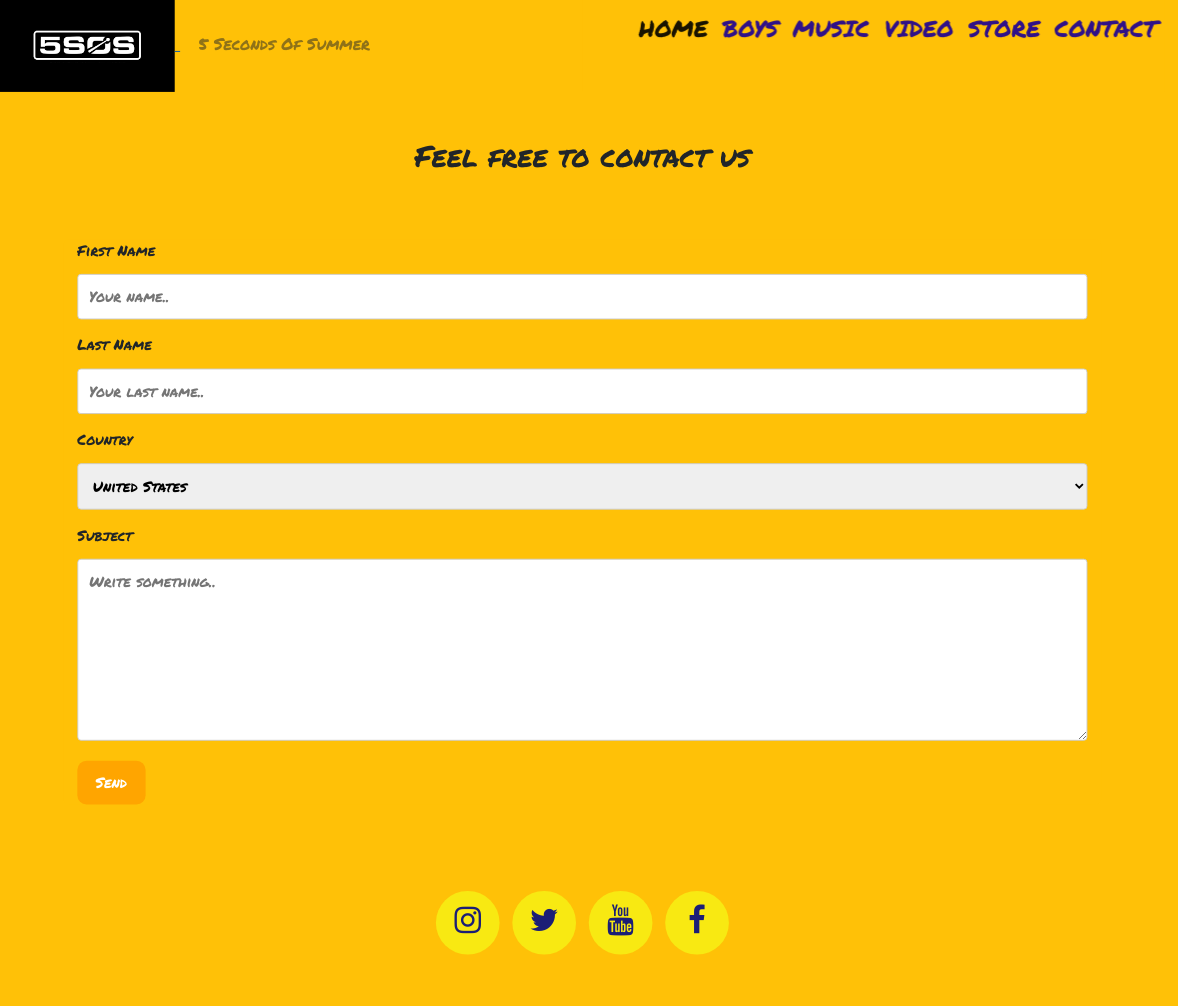
Repository: sun5lower/5SOS
Page: contact.html
The author's editor kept a record of every edit. The page is drawn from the files as they stood at one moment, then again after the next edit.
The browser window is 1280 px wide. The page is 1295 px wide, so the pictures cover 1295 px, including what lies to the right of the window. The pictures show the whole page, at 91% of full size.

Above is the page before.

After the next edit:
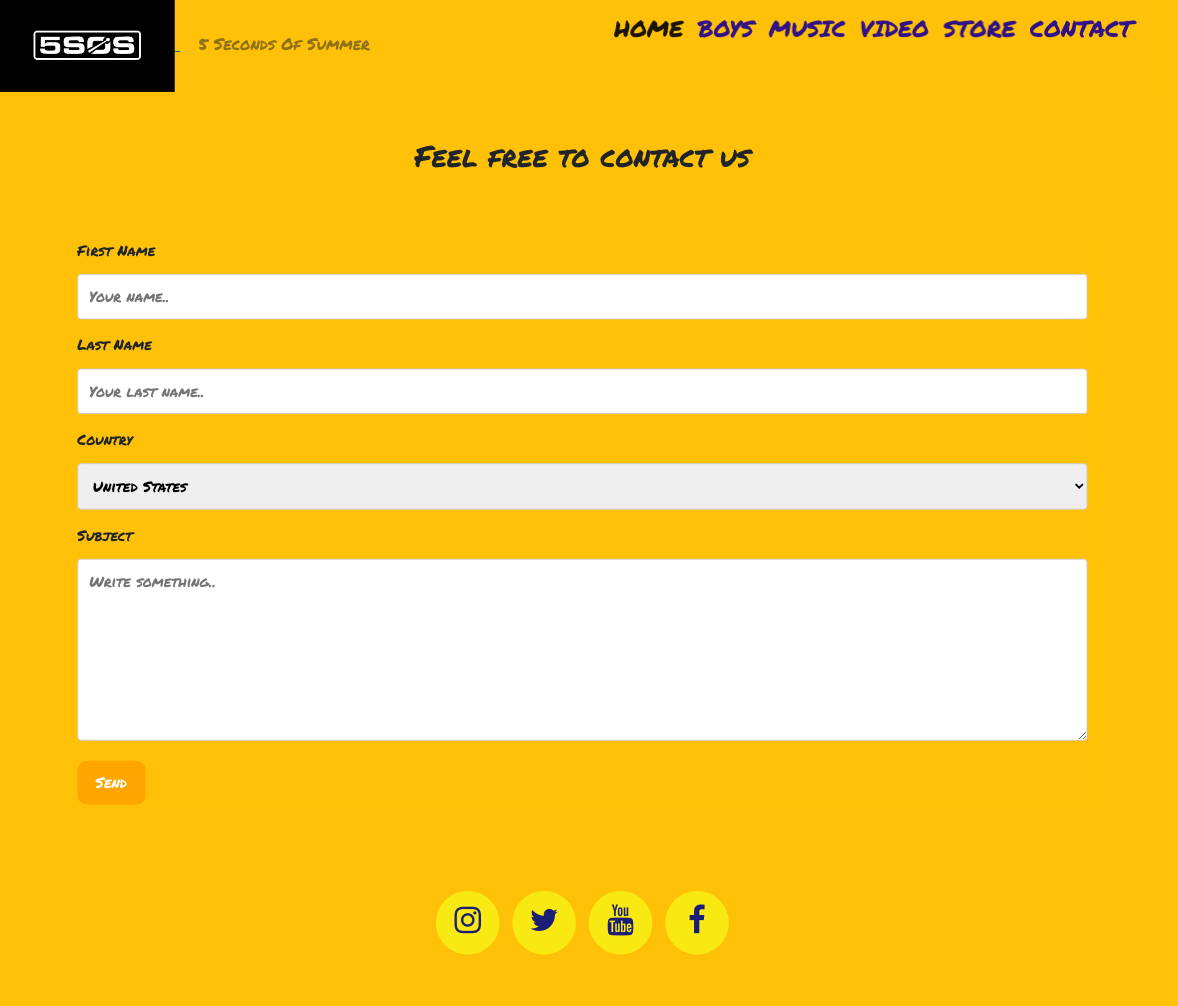
The edit:
--- a/contact.html
+++ b/contact.html
@@ -33,7 +33,7 @@
                     <span class="navbar-toggler-icon"></span>
                 </button>
                     <div class="collapse navbar-collapse" id="navbarNavDropdown">
-                        <ul class="navbar-nav ml-auto">
+                        <ul class="navbar-nav ml-auto navbar-center">
                             <li class="nav-item active">
                                 <a href="index.html" class="nav-link hvr-buzz">HOME</a>
                             </li>
